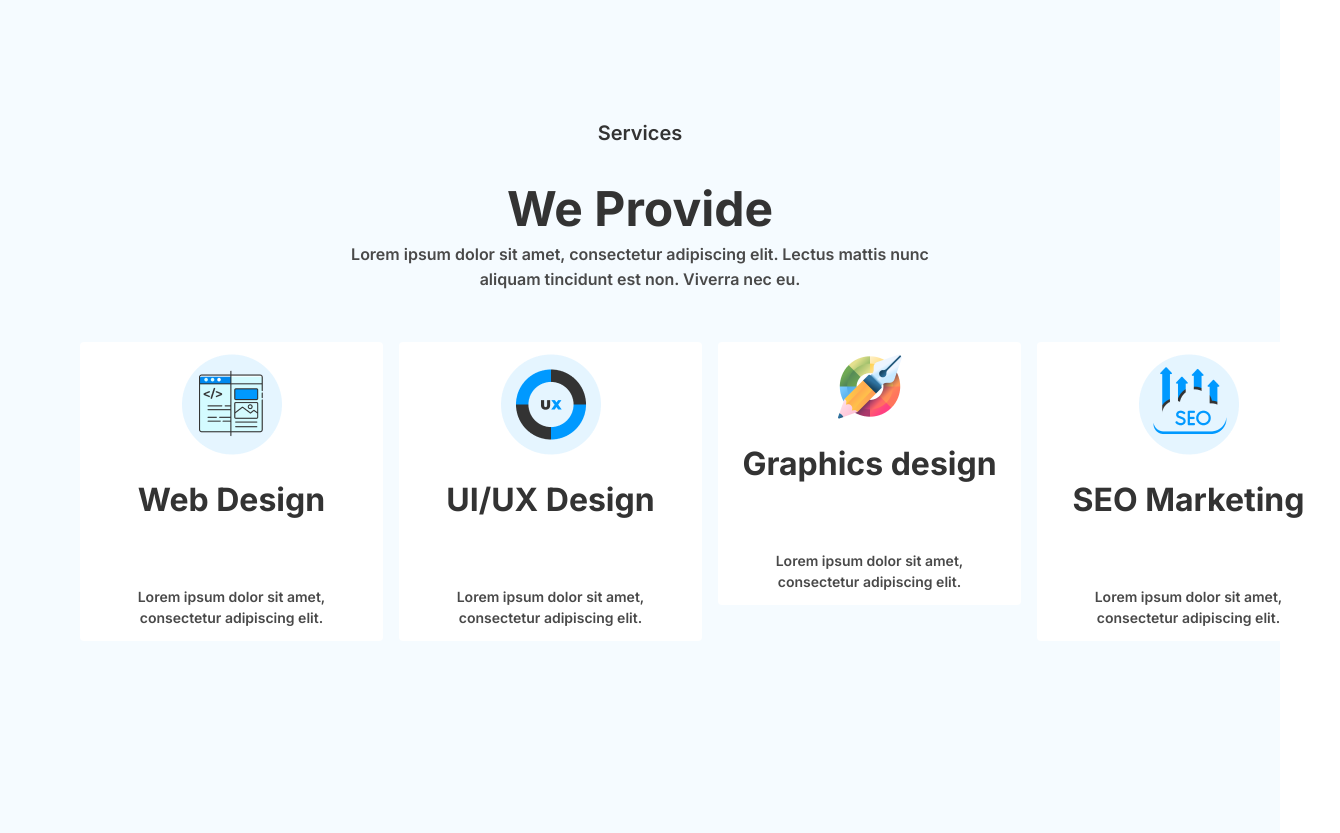
Repository: kubrazamanova/Agencywebsite
Page: servicePage/index.html
An editor plug-in stored every save of this project. The page is shown before and after a run of saves, followed by the edit.
The browser window is 1280 px wide. The page is 1340 px wide, then 1280 px, so the pictures cover 1340 px, including what lies to the right of the window. The pictures show the whole page.

Above is the page before, as saved 2023-10-03 19:23:16.

### servicePage/index.html
<!DOCTYPE html>
<html lang="en">
  <head>
    <meta charset="UTF-8" />
    <meta name="viewport" content="width=device-width, initial-scale=1.0" />
    <link rel="stylesheet" href="index.css" />
    <title>Document</title>
  </head>
  <body>
    <div class="container">
      <div class="box1">
        <h1>Services</h1>
        <h2>We Provide</h2>
        <p>
          Lorem ipsum dolor sit amet, consectetur adipiscing elit. Lectus mattis
          nunc aliquam tincidunt est non. Viverra nec eu.
        </p>
      </div>

      <ul>
        <li>
          <div class="square">
            <img src="./programming 1.png" alt="" />
            <b>Web Design</b>
            <p>Lorem ipsum dolor sit amet, consectetur adipiscing elit.</p>
          </div>
        </li>

        <li>
          <div class="square">
            <img src="./programming 2.png" alt="" />
            <b>UI/UX Design</b>
            <p>Lorem ipsum dolor sit amet, consectetur adipiscing elit.</p>
          </div>
        </li>

        <li>
          <div class="square">
            <img src="./graphic-designer 1.png" alt="" />
            <b>Graphics design</b>
            <p>Lorem ipsum dolor sit amet, consectetur adipiscing elit.</p>
          </div>
        </li>

        <li>
          <div class="square">
            <img src="./seo 1.png" alt="" />
            <b>SEO Marketing</b>
            <p>Lorem ipsum dolor sit amet, consectetur adipiscing elit.</p>
          </div>
        </li>
      </ul>
    </div>
  </body>
</html>

### servicePage/index.css
@import url("https://fonts.googleapis.com/css2?family=Inter:wght@600;700&display=swap");
* {
  margin: 0;
  padding: 0;
  box-sizing: border-box;
}

.container {
  width: 100%;
min-height: 100vh;
  padding: 120px 80px 120px 80px;
  background: rgba(0, 153, 255, 0.04);
}

.box1 {
  display: flex;
  flex-direction: column;
  justify-content: center;
  align-items: center;
}

.box1 h1 {
  color: var(--Primary-colors, #333);
  font-family: Inter;
  font-size: 20px;
  font-style: normal;
  font-weight: 600;
  line-height: 130%;
}

.box1 h2 {
  margin-top: 30px;
  color: var(--Primary-colors, #333);
  font-family: Inter;
  font-size: 48px;
  font-style: normal;
  font-weight: 700;
  line-height: 138%;
}

.box1 p {
  margin-bottom: 50px;
  width: 612px;
  color: var(--Body, #494949);
  text-align: center;
  font-family: Inter;
  font-size: 16px;
  font-style: normal;
  font-weight: 400;
  line-height: 156%;

}
ul {
  margin-bottom: 72px;
  display: flex;
  justify-content: space-between;
}

ul li {
  list-style-type: none;
  margin-right: 16px;
}

.square {
  /* width: 308px;
  height: 342px; */

  border-radius: 4px;
  background: #fff;
  display: flex;
  /* width: 308px;
  height: 342px; */
  padding: 12px 24px;
  flex-direction: column;
  justify-content: center;
  align-items: center;
  gap: 24px;
}

ul li b {
  color: var(--Primary-colors, #333);
  text-align: center;
  font-family: Inter;
  font-size: 32px;
  font-style: normal;
  font-weight: 700;
  line-height: 133%;
  margin-bottom: 24px;
}

ul li p {
  width: 255px;
  color: var(--Body, #494949);
  text-align: center;
  font-family: Inter;
  font-size: 14px;
  font-style: normal;
  font-weight: 400;
  line-height: 155%;
  margin-top: 16px;
}

After the next 8 saves:
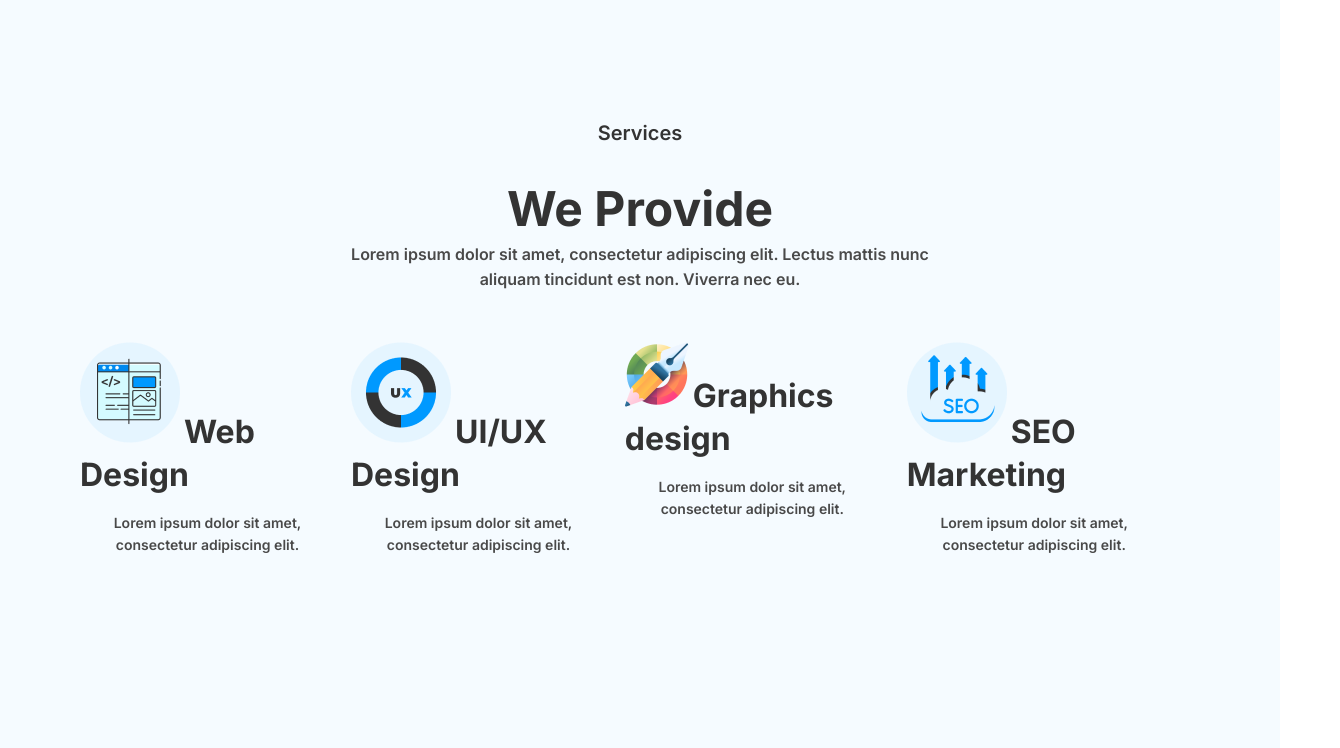
The 8 saves are shown as one change because they came seconds apart.
The last was saved 55 s later.
--- a/servicePage/index.html
+++ b/servicePage/index.html
@@ -19,35 +19,35 @@
 
       <ul>
         <li>
-          <div class="square">
+
             <img src="./programming 1.png" alt="" />
             <b>Web Design</b>
             <p>Lorem ipsum dolor sit amet, consectetur adipiscing elit.</p>
-          </div>
+
         </li>
 
         <li>
-          <div class="square">
+
             <img src="./programming 2.png" alt="" />
             <b>UI/UX Design</b>
             <p>Lorem ipsum dolor sit amet, consectetur adipiscing elit.</p>
-          </div>
+
         </li>
 
         <li>
-          <div class="square">
+
             <img src="./graphic-designer 1.png" alt="" />
             <b>Graphics design</b>
             <p>Lorem ipsum dolor sit amet, consectetur adipiscing elit.</p>
-          </div>
+
         </li>
 
         <li>
-          <div class="square">
+
             <img src="./seo 1.png" alt="" />
             <b>SEO Marketing</b>
             <p>Lorem ipsum dolor sit amet, consectetur adipiscing elit.</p>
-          </div>
+
         </li>
       </ul>
     </div>
